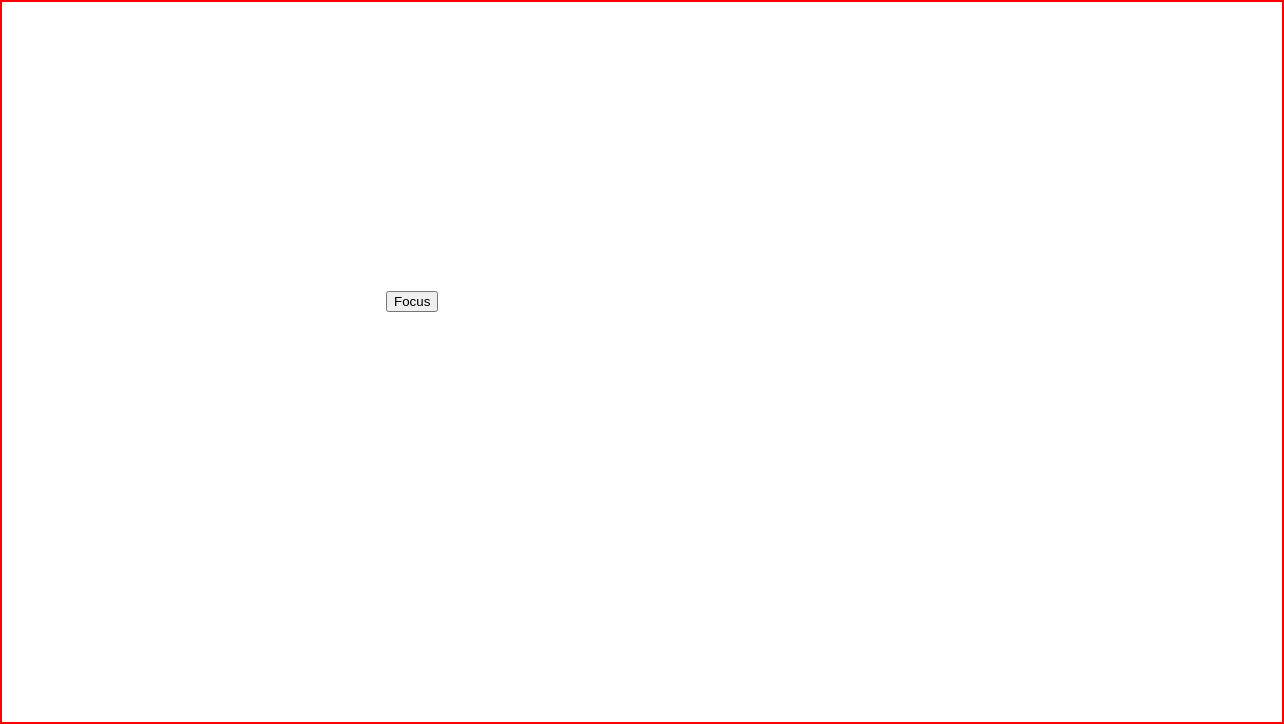
Repository: KrzysKolo/sr_tydzien4_zad5
Page: /
An editor plug-in stored every save of this project. The page is shown before and after the next save, followed by the edit.
The browser window is 1280 px wide. The page is 1284 px wide, so the pictures cover 1284 px, including what lies to the right of the window. The pictures show the whole page.
The project was rebuilt for these pictures with package versions that can differ from the ones it lists, and the page was loaded fresh each time.

Above is the page before, as saved 2020-12-17 14:05:06.

### src/App.js
import React, { Component } from 'react'
import './App.css';
 class App extends Component {
  onClick = () => {
    console.log("Kliknieto");
  }
  constructor(props) {
    super(props);
    this.surnameInput = React.createRef();
  }
  handleFocusClick = () => {
    this.surnameInput.current.style.background = '#345423';
    this.surnameInput.current.style.color = '#f00';
  }
  handleMouseOut = () => {
    this.surnameInput.current.style.background = '#fff';
    this.surnameInput.current.style.color = '#000';
  }
  render() {
    return (
      <div className="App">
        <div className="btn">
          <button type="button" ref={this.surnameInput} onMouseMove={this.handleFocusClick} onMouseOut={this.handleMouseOut}>Focus</button>
        </div>
      </div>
    )
  }
}
export default App;

### src/App.css
.App {
  width: 100vw;
  height: 100vh;
  display: flex;
  flex-direction: row;
  justify-content: center;
  align-items: center;
  border: 2px solid red;
}
.btn {
  height: 20%;
  width: 40%;
}

Loaded but not shown: public/index.html (common file); src/index.js (common file); src/index.css (common file)

After the next save:
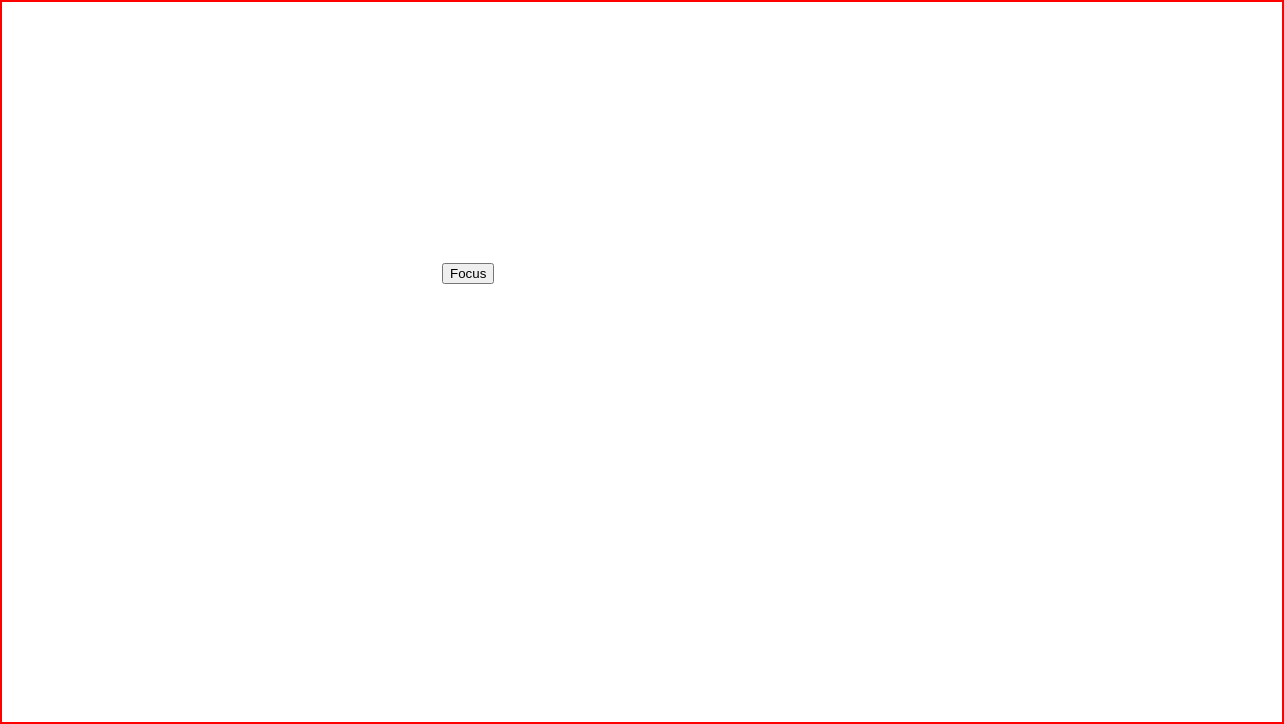
Saved 17 s later.
--- a/src/App.css
+++ b/src/App.css
@@ -8,6 +8,6 @@
   border: 2px solid red;
 }
 .btn {
-  height: 20%;
-  width: 40%;
+  height: 200px;
+  width: 400px;
 }
